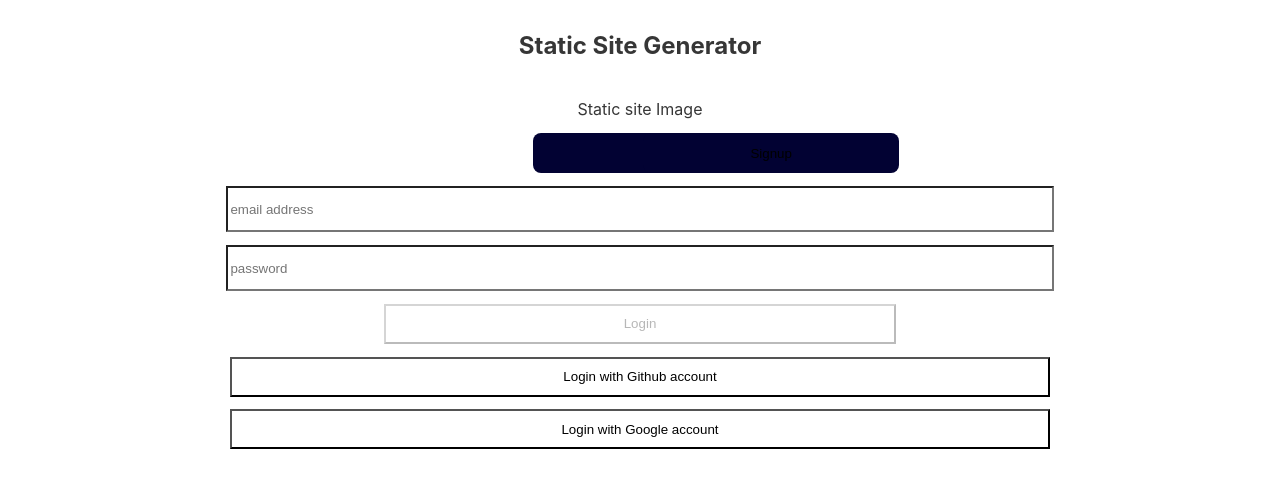
Repository: ValGrace/static-site-generator
Page: / (app in client-frontend/)
The author's editor kept a copy of each file at every save. The page is drawn from the files as they stood at one save, then again after the next save.
The browser window is 1280 px wide. The pictures show the whole page.
The project was rebuilt for these pictures with package versions that can differ from the ones it lists, and the page was loaded fresh each time. Also part of the build but not shown: client-frontend/vite.config.js, client-frontend/src/Components/Signup.jsx, client-frontend/src/App.css.

Above is the page before, as saved 2023-02-04 13:16:03.

After the next save:
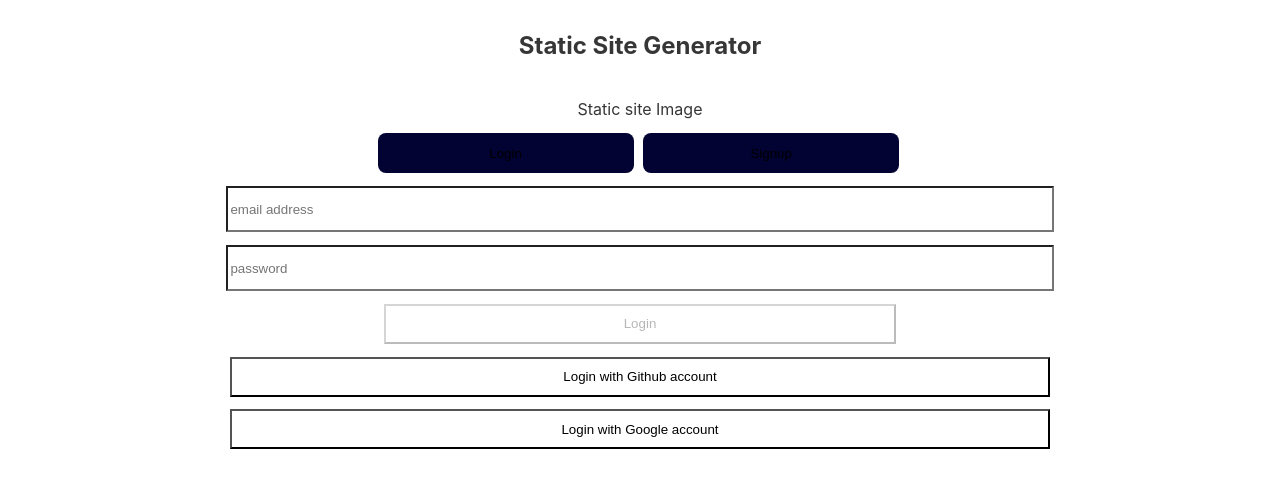
Saved 13 s later.
--- a/client-frontend/src/Components/Inputs.css
+++ b/client-frontend/src/Components/Inputs.css
@@ -21,7 +21,7 @@ input, button {
 
 .toggleForms {
     display: grid;
-    grid-template-columns: 20% 20%;
+    grid-template-columns: 50% 50%;
     gap: 0.4em;
     justify-content: center;
     align-items: center;
